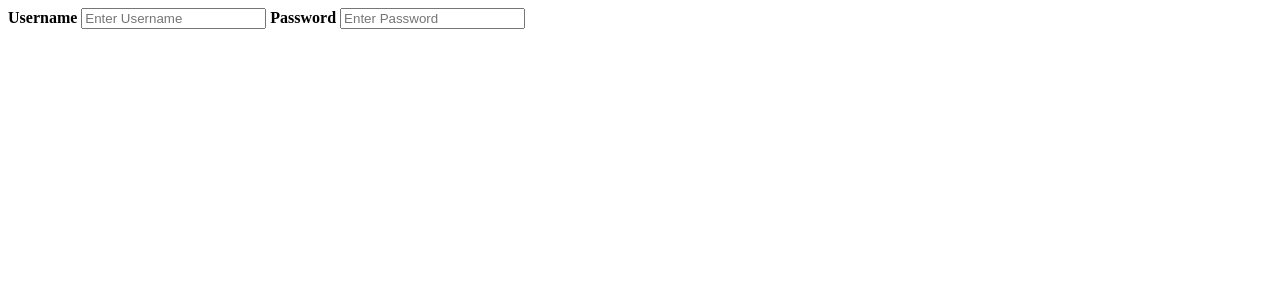
Repository: Thirumalaivasan01/eclipse-workspace
Page: http://localhost/assignment-calculator/login.jsp
The author's editor kept a copy of each file at every save. The page is drawn from the files as they stood at one save, then again after the next save.
The browser window is 1280 px wide. The pictures show the whole page.
The page is served by Tomcat 9. Other server files are loaded and not shown.

Above is the page before, as saved 2022-04-12 10:00:41.

### assignment-calculator/src/main/webapp/login.jsp
<%@ page language="java" contentType="text/html; charset=UTF-8"
    pageEncoding="UTF-8"%>
<!DOCTYPE html PUBLIC "-//W3C//DTD HTML 4.01 Transitional//EN" "http://www.w3.org/TR/html4/loose.dtd">
<html>
<head>
<meta http-equiv="Content-Type" content="text/html; charset=UTF-8">
<title>Insert title here</title>
</head>
<body>
<form action="loginprocess.jsp">
<label for="uname"><b>Username</b></label>
    <input type="text" placeholder="Enter Username" name="uname" required>

    <label for="psw"><b>Password</b></label>
    <input type="password" placeholder="Enter Password" name="psw" required>

</form>

</body>
</html>

After the next save:
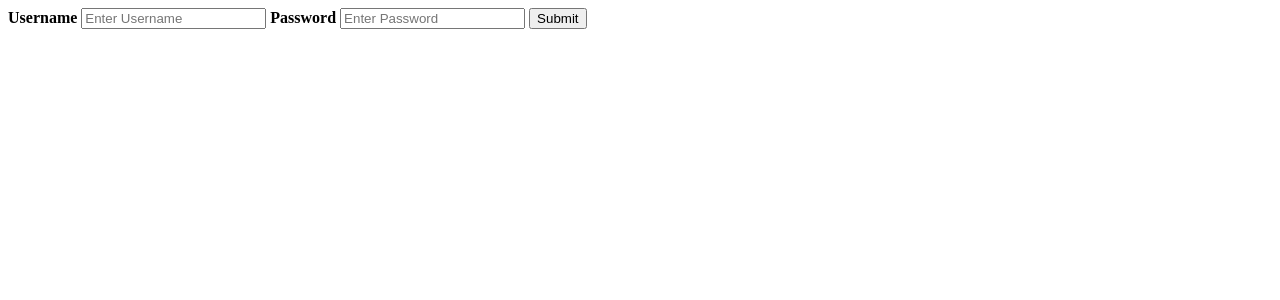
Saved 80 s later.
--- a/assignment-calculator/src/main/webapp/login.jsp
+++ b/assignment-calculator/src/main/webapp/login.jsp
@@ -13,6 +13,7 @@
 
     <label for="psw"><b>Password</b></label>
     <input type="password" placeholder="Enter Password" name="psw" required>
+    <button>Submit</button>
 
 </form>
 
